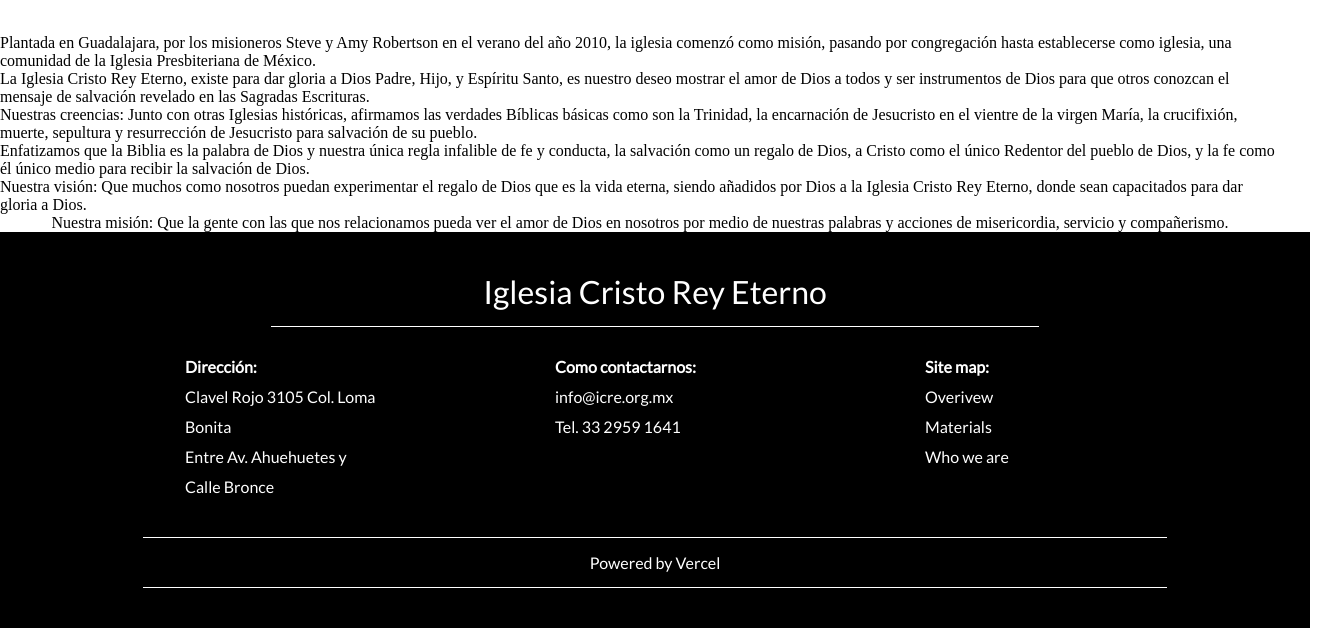
Repository: programmer686/Third-times-a-charm
Page: /About
An editor plug-in stored every save of this project. The page is shown before and after the next save, followed by the edit.
The browser window is 1280 px wide. The page is 1340 px wide, so the pictures cover 1340 px, including what lies to the right of the window. The pictures show the part of the page from y = 531 to 1305 px (the page is 1159 px tall before and 1305 px after).
The project was rebuilt for these pictures with package versions that can differ from the ones it lists, and the page was loaded fresh each time. The framework's server and built-in components were replaced by stand-ins that run in the browser. Also part of the build but not shown: next.config.js, src/styles/Layout.module.css.

Above is the page before, as saved 2023-04-28 20:07:51.

After the next save:
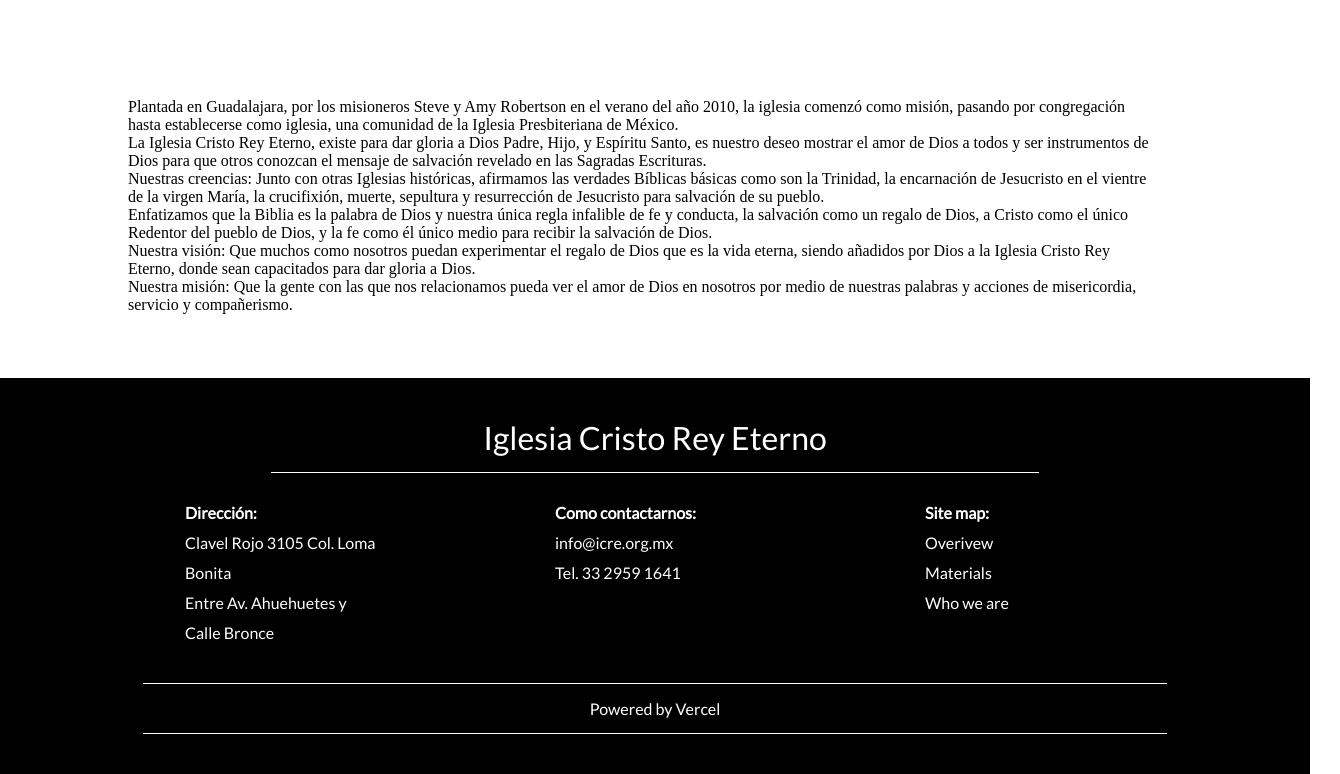
Saved 21 s later.
--- a/src/styles/About.module.css
+++ b/src/styles/About.module.css
@@ -33,6 +33,7 @@
     display: flex;
     flex-direction: column;
     align-items: center;
+    padding: 5% 10%;
 }
 
 .about_us__video {
